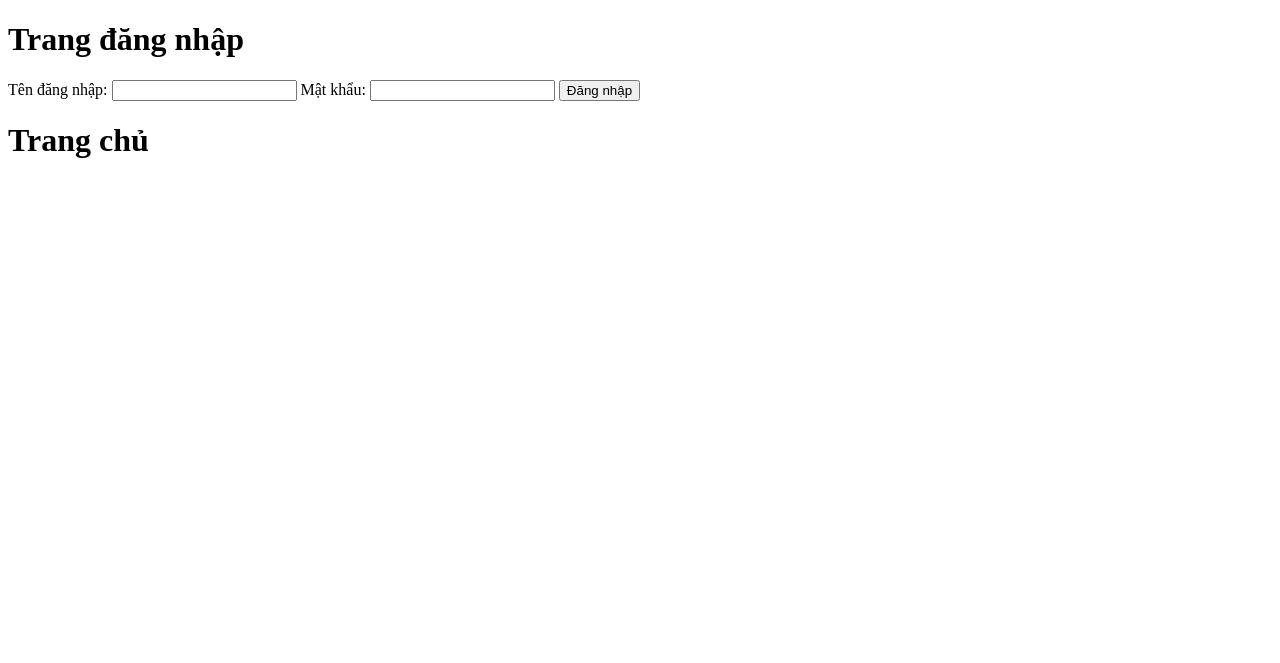
Repository: vule2809/LTW-20146307
Page: Banxemay_nhom10/src/main/webapp/index.html
These files come from the project's save history. The page is drawn as it stood at one moment and after the next save; the edit follows.
The browser window is 1280 px wide. The pictures show the whole page.

Above is the page before, as saved 2023-12-10 11:12:43.

### Banxemay_nhom10/src/main/webapp/index.html
<!DOCTYPE html>
<html>

<head>
	<meta charset="UTF-8">
	<title> XE MÁY CŨ</title>
</head>

<body>

	<header>

	</header>

	<main>

		<h1>Trang đăng nhập</h1>
		<form>
			<label for="username">Tên đăng nhập:</label>
			<input type="text" id="username" name="username">
			<label for="password">Mật khẩu:</label>
			<input type="password" id="password" name="password">
			<button type="submit">Đăng nhập</button>
		</form>

		<h1>Trang chủ</h1>
		<!-- Thêm nội dung cho trang chủ -->


	</main>

	<footer>


	</footer>

</body>

</html>

After the next save:
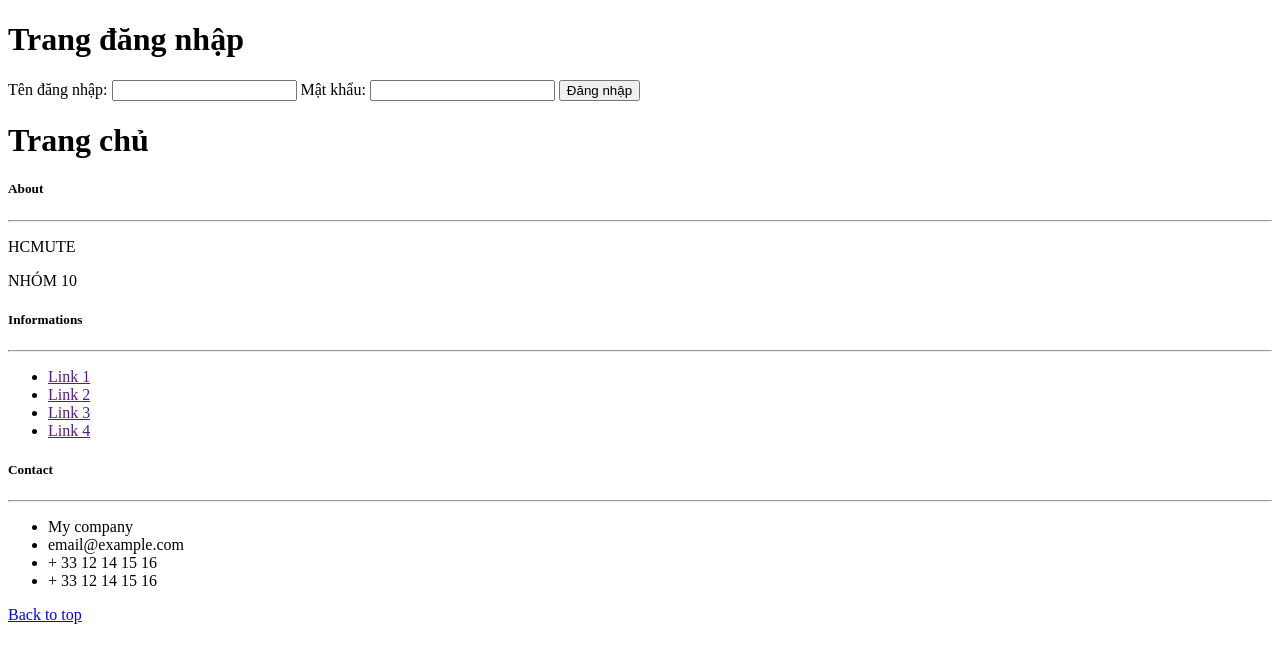
Saved 79 s later.
--- a/Banxemay_nhom10/src/main/webapp/index.html
+++ b/Banxemay_nhom10/src/main/webapp/index.html
@@ -31,8 +31,47 @@
 
 	<footer>
 
+		<footer class="text-light">
+			<div class="container">
+				<div class="row">
+					<div class="col-md-3 col-lg-4 col-xl-3">
+						<h5>About</h5>
+						<hr class="bg-white mb-2 mt-0 d-inline-block mx-auto w-25">
+						<p class="mb-0">HCMUTE</p>
+						<p class="mb-0">NHÓM 10</p>
+					</div>
 
-	</footer>
+					<div class="col-md-2 col-lg-2 col-xl-2 mx-auto">
+						<h5>Informations</h5>
+						<hr class="bg-white mb-2 mt-0 d-inline-block mx-auto w-25">
+						<ul class="list-unstyled">
+							<li><a href="">Link 1</a></li>
+							<li><a href="">Link 2</a></li>
+							<li><a href="">Link 3</a></li>
+							<li><a href="">Link 4</a></li>
+						</ul>
+					</div>
+
+					<div class="col-md-4 col-lg-3 col-xl-3">
+						<h5>Contact</h5>
+						<hr class="bg-white mb-2 mt-0 d-inline-block mx-auto w-25">
+						<ul class="list-unstyled">
+							<li><i class="fa fa-home mr-2"></i> My company</li>
+							<li><i class="fa fa-envelope mr-2"></i> email@example.com</li>
+							<li><i class="fa fa-phone mr-2"></i> + 33 12 14 15 16</li>
+							<li><i class="fa fa-print mr-2"></i> + 33 12 14 15 16</li>
+						</ul>
+					</div>
+					<div class="col-12 copyright mt-3">
+						<p class="float-left">
+							<a href="#">Back to top</a>
+						</p>
+
+					</div>
+				</div>
+			</div>
+
+		</footer>
 
 </body>
 
